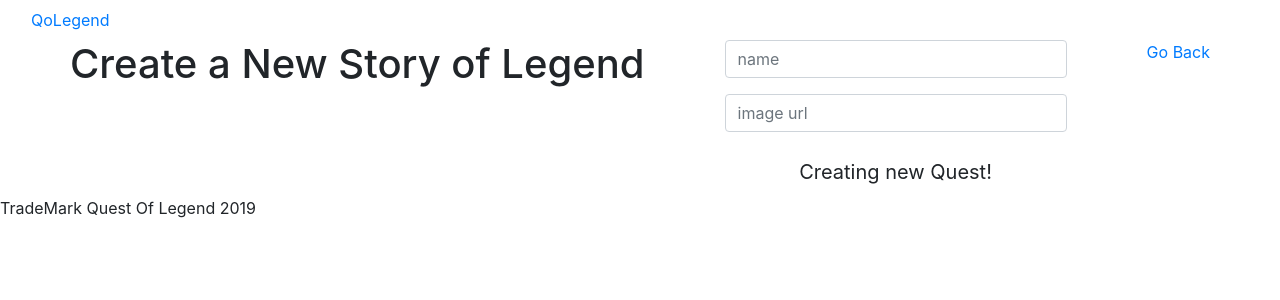
Repository: Hoangvo92/aws-program
Page: http://localhost/quests/new
The author's editor kept a record of every edit. The page is drawn from the files as they stood at one moment, then again after the next edit.
The browser window is 1280 px wide. The pictures show the whole page.
The page is served by the project's Node server (quests-of-legend/app.js).

Above is the page before.

After the next edit:
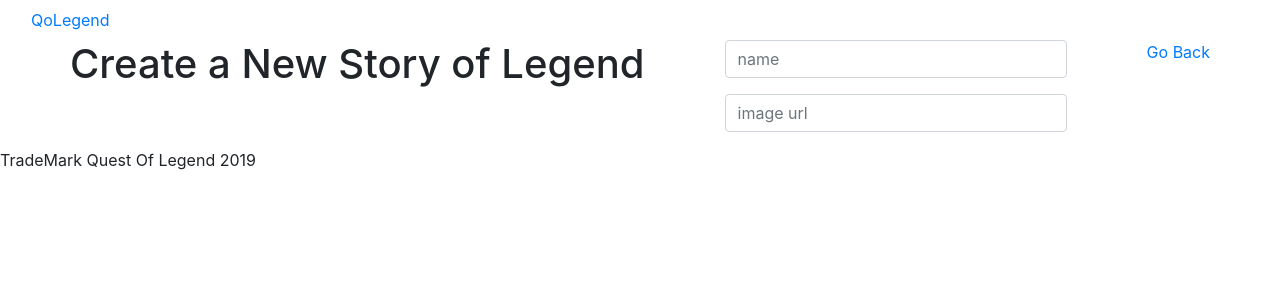
The edit:
--- a/quests-of-legend/views/new.ejs
+++ b/quests-of-legend/views/new.ejs
@@ -11,8 +11,10 @@
                  <input class="form-control" type="text" name="image" placeholder="image url">
               </div>
 
+              <div class="form-group">
 
-             <button class="btn btn-lg btn-default btn-block">Creating new Quest!</button>
+              </div>
+
           </form>
         </div>
         <a href="/quests"> Go Back</a>
